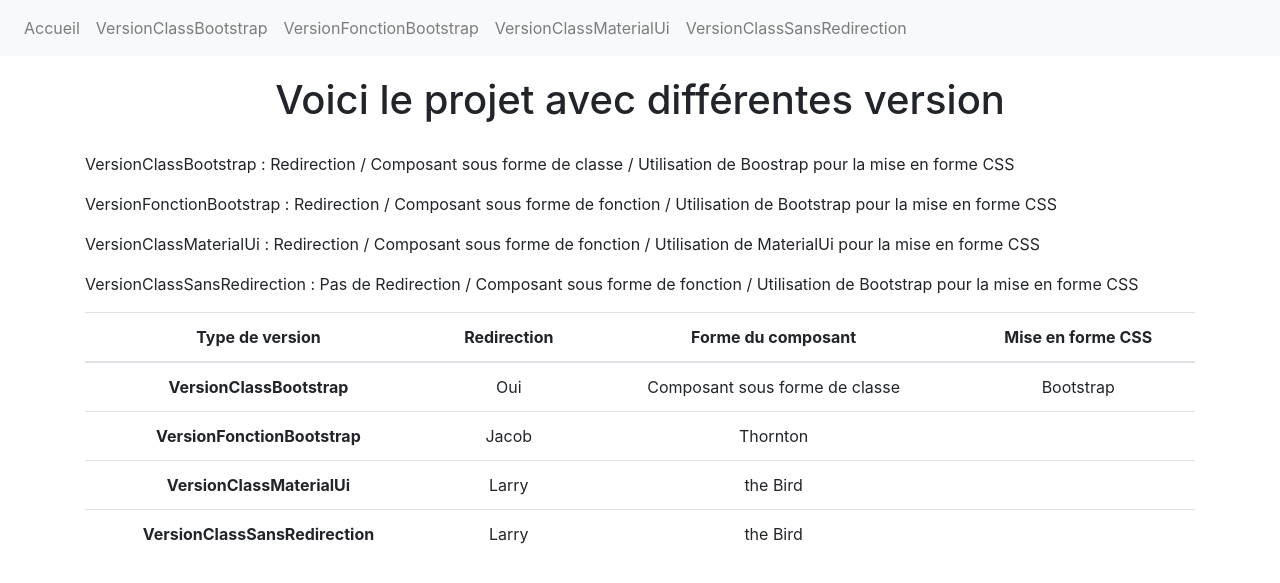
Repository: LudovicB21/CountryTest
Page: /
The author's editor kept a copy of each file at every save. The page is drawn from the files as they stood at one save, then again after the next save.
The browser window is 1280 px wide. The pictures show the whole page.
The project was rebuilt for these pictures with package versions that can differ from the ones it lists, and the page was loaded fresh each time. Also part of the build but not shown: src/components/VersionClassBootstrap/ListPays.components.js, src/components/VersionClassMaterialUi/ListPays.components.js, src/components/VersionFonctionBoostrap/ListPays.components.js, src/components/VersionSansRedirection/ListPays.component.js, src/components/VersionClassBootstrap/InfoPays.components.js, src/components/VersionClassMaterialUi/InfoPays.components.js, src/components/VersionFonctionBoostrap/InfoPays.components.js.

Above is the page before, as saved 2020-10-29 13:32:05.

### public/index.html
<!DOCTYPE html>
<html lang="en">
  <head>
    <meta charset="utf-8" />
    <link rel="icon" href="%PUBLIC_URL%/favicon.ico" />
    <link rel="stylesheet" href="https://cdn.jsdelivr.net/npm/bootstrap@4.5.3/dist/css/bootstrap.min.css" integrity="sha384-TX8t27EcRE3e/ihU7zmQxVncDAy5uIKz4rEkgIXeMed4M0jlfIDPvg6uqKI2xXr2" crossorigin="anonymous">
    <meta name="viewport" content="width=device-width, initial-scale=1" />
    <meta name="theme-color" content="#000000" />
    <meta
      name="description"
      content="Web site created using create-react-app"
    />
    <link rel="apple-touch-icon" href="%PUBLIC_URL%/logo192.png" />
    <!--
      manifest.json provides metadata used when your web app is installed on a
      user's mobile device or desktop. See https://developers.google.com/web/fundamentals/web-app-manifest/
    -->
    <link rel="manifest" href="%PUBLIC_URL%/manifest.json" />
    <link
      rel="stylesheet"
      href="https://maxcdn.bootstrapcdn.com/bootstrap/4.5.0/css/bootstrap.min.css"
      integrity="sha384-9aIt2nRpC12Uk9gS9baDl411NQApFmC26EwAOH8WgZl5MYYxFfc+NcPb1dKGj7Sk"
      crossorigin="anonymous"
    />
    <link rel="stylesheet" href="https://cdn.jsdelivr.net/npm/bootstrap@4.5.3/dist/css/bootstrap.min.css" integrity="sha384-TX8t27EcRE3e/ihU7zmQxVncDAy5uIKz4rEkgIXeMed4M0jlfIDPvg6uqKI2xXr2" crossorigin="anonymous">

    <!--
      Notice the use of %PUBLIC_URL% in the tags above.
      It will be replaced with the URL of the `public` folder during the build.
      Only files inside the `public` folder can be referenced from the HTML.

      Unlike "/favicon.ico" or "favicon.ico", "%PUBLIC_URL%/favicon.ico" will
      work correctly both with client-side routing and a non-root public URL.
      Learn how to configure a non-root public URL by running `npm run build`.
    -->
    <title>React App</title>
  </head>
  <body>
    <noscript>You need to enable JavaScript to run this app.</noscript>
    <div id="root"></div>
    <!--
      This HTML file is a template.
      If you open it directly in the browser, you will see an empty page.

      You can add webfonts, meta tags, or analytics to this file.
      The build step will place the bundled scripts into the <body> tag.

      To begin the development, run `npm start` or `yarn start`.
      To create a production bundle, use `npm run build` or `yarn build`.
    -->
  </body>
</html>

### src/App.js
import React from 'react';
import './App.css';
import ListPays from "./components/VersionClassBootstrap/ListPays.components"
import ListPaysMaterial from "./components/VersionClassMaterialUi/ListPays.components"
import ListPaysFonction from "./components/VersionFonctionBoostrap/ListPays.components"
import ListPaysSansRedirection from "./components/VersionSansRedirection/ListPays.component"
import Accueil from "./components/Accueil"
import { BrowserRouter as Router, Route, Switch} from 'react-router-dom'
import InfoPays from "./components/VersionClassBootstrap/InfoPays.components"
import InfosPaysMaterial from "./components/VersionClassMaterialUi/InfoPays.components"
import InfoPaysFonction from "./components/VersionFonctionBoostrap/InfoPays.components"
import Nav from "./components/Navigation"
function App() {
  return (
    <div className="App">
        <Router>
          <Nav />
          <Switch>
            <Route path="/"  exact component={Accueil} />
            <Route path="/VersionClassBootstrap" exact component={ListPays} />
            <Route path="/VersionFonctionBoostrap" exact component={ListPaysFonction} />
            <Route path="/VersionClassMaterialUi" exact component={ListPaysMaterial} />
            <Route path="/VersionSansRedirection" exact component={ListPaysSansRedirection} />
            <Route path="/VersionClassMaterialUi/:id" component={InfosPaysMaterial} />
            <Route path="/VersionClassBootstrap/:id"  component={InfoPays }/>
            <Route path="/VersionFonctionBoostrap/:id" component={InfoPaysFonction} />
          </Switch>
        </Router>
    </div>
  );
}

export default App;

### src/components/Accueil.js
import React, { Component } from 'react'

class Accueil extends Component {
    render() {
        return (
            <div className="container">
                <h1 style={{padding: "20px"}}> Voici le projet avec différentes version  </h1>
                <div style={{textAlign: "left"}}>
                    <p> VersionClassBootstrap :
                          Redirection
                        / Composant sous forme de classe
                        / Utilisation de Boostrap pour la mise en forme CSS {"\n"}
                    </p>
                    <p> VersionFonctionBootstrap :
                          Redirection
                        / Composant sous forme de fonction
                        / Utilisation de Bootstrap pour la mise en forme CSS {"\n"}
                    </p>
                    <p> VersionClassMaterialUi :
                          Redirection
                        / Composant sous forme de fonction
                        / Utilisation de MaterialUi pour la mise en forme CSS {"\n"}
                    </p>
                    <p> VersionClassSansRedirection :
                          Pas de Redirection
                        / Composant sous forme de fonction
                        / Utilisation de Bootstrap pour la mise en forme CSS {"\n"}
                    </p>
                </div>
                <table class="table">
                    <thead>
                        <tr>
                        <th scope="col">Type de version </th>
                        <th scope="col">Redirection</th>
                        <th scope="col">Forme du composant</th>
                        <th scope="col">Mise en forme CSS </th>
                        </tr>
                    </thead>
                    <tbody>
                        <tr>
                        <th scope="row">VersionClassBootstrap</th>
                            <td>Oui</td>
                            <td>Composant sous forme de classe</td>
                            <td>Bootstrap  </td>
                        </tr>
                        <tr>
                        <th scope="row">VersionFonctionBootstrap</th>
                            <td>Jacob</td>
                            <td>Thornton</td>
                            <td>  </td>
                        </tr>
                        <tr>
                        <th scope="row">VersionClassMaterialUi</th>
                            <td>Larry</td>
                            <td>the Bird</td>
                            <td>  </td>
                        </tr>
                        <tr>
                        <th scope="row">VersionClassSansRedirection</th>
                            <td>Larry</td>
                            <td>the Bird</td>
                            <td>  </td>
                        </tr>
                    </tbody>
                    </table>
            </div>
        )
    }
}

export default Accueil

### src/components/Navigation.js
import React, { Component } from 'react';
import { Link } from 'react-router-dom';

class Navigation extends Component {
    render() {
        return (
            <nav className="navbar navbar-expand-lg navbar-light bg-light">
            <button className="navbar-toggler" type="button" data-toggle="collapse" data-target="#navbarNav" aria-controls="navbarNav" aria-expanded="false" aria-label="Toggle navigation">
                <span className="navbar-toggler-icon"></span>
            </button>
            <div className="collapse navbar-collapse" id="navbarNav">
                <ul className="navbar-nav">
                    <Link to="/">
                        <li className="nav-item">
                            <a className="nav-link">Accueil</a>
                        </li>
                    </Link>
                    <Link to="/VersionClassBootstrap">
                        <li className="nav-item">
                            <a className="nav-link">VersionClassBootstrap</a>
                        </li>
                    </Link>
                    <Link to="/VersionFonctionBoostrap">
                        <li className="nav-item">
                            <a className="nav-link">VersionFonctionBootstrap</a>
                        </li>
                    </Link>
                    <Link to="/VersionClassMaterialUi">
                        <li className="nav-item">
                            <a className="nav-link">VersionClassMaterialUi</a>
                        </li>
                    </Link>
                    <Link to="/VersionSansRedirection">
                        <li className="nav-item">
                            <a className="nav-link">VersionClassSansRedirection</a>
                        </li>
                    </Link>
                </ul>
            </div>
            </nav>
        )
    }
}

export default Navigation

Loaded but not shown: src/index.js (common file); src/index.css (common file); src/serviceWorker.js (common file); src/App.css (common file)

After the next save:
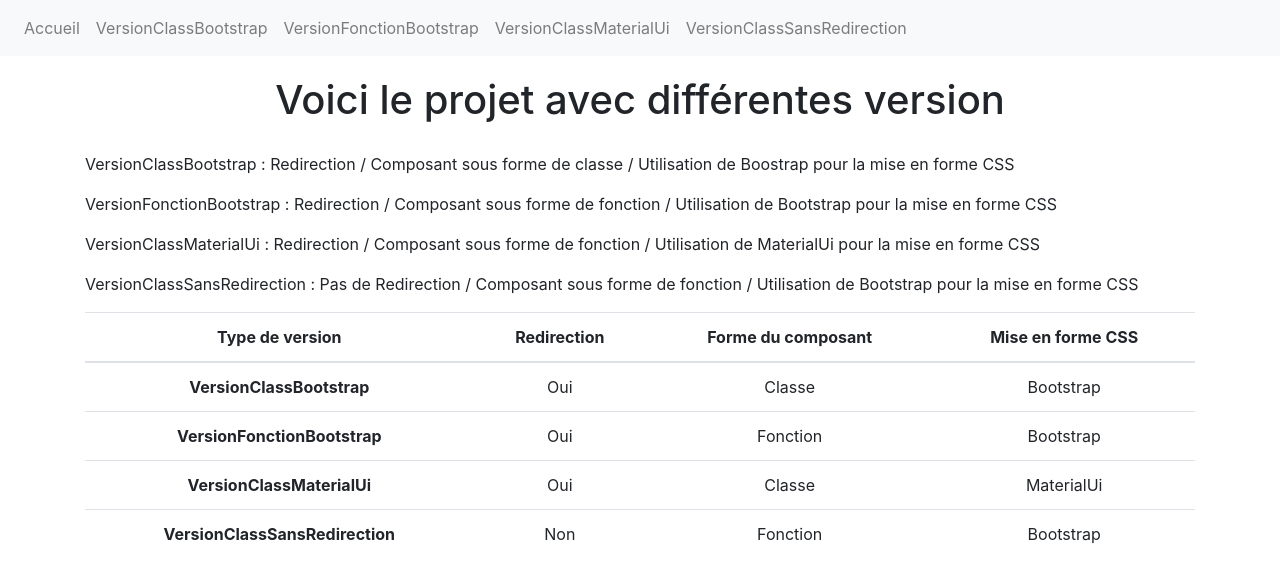
Saved 109 s later.
--- a/src/components/Accueil.js
+++ b/src/components/Accueil.js
@@ -40,26 +40,26 @@ class Accueil extends Component {
                         <tr>
                         <th scope="row">VersionClassBootstrap</th>
                             <td>Oui</td>
-                            <td>Composant sous forme de classe</td>
+                            <td>Classe</td>
                             <td>Bootstrap  </td>
                         </tr>
                         <tr>
                         <th scope="row">VersionFonctionBootstrap</th>
-                            <td>Jacob</td>
-                            <td>Thornton</td>
-                            <td>  </td>
+                            <td>Oui</td>
+                            <td>Fonction</td>
+                            <td>Bootstrap</td>
                         </tr>
                         <tr>
                         <th scope="row">VersionClassMaterialUi</th>
-                            <td>Larry</td>
-                            <td>the Bird</td>
-                            <td>  </td>
+                            <td>Oui</td>
+                            <td>Classe</td>
+                            <td>MaterialUi</td>
                         </tr>
                         <tr>
                         <th scope="row">VersionClassSansRedirection</th>
-                            <td>Larry</td>
-                            <td>the Bird</td>
-                            <td>  </td>
+                            <td>Non</td>
+                            <td>Fonction</td>
+                            <td>Bootstrap</td>
                         </tr>
                     </tbody>
                     </table>
